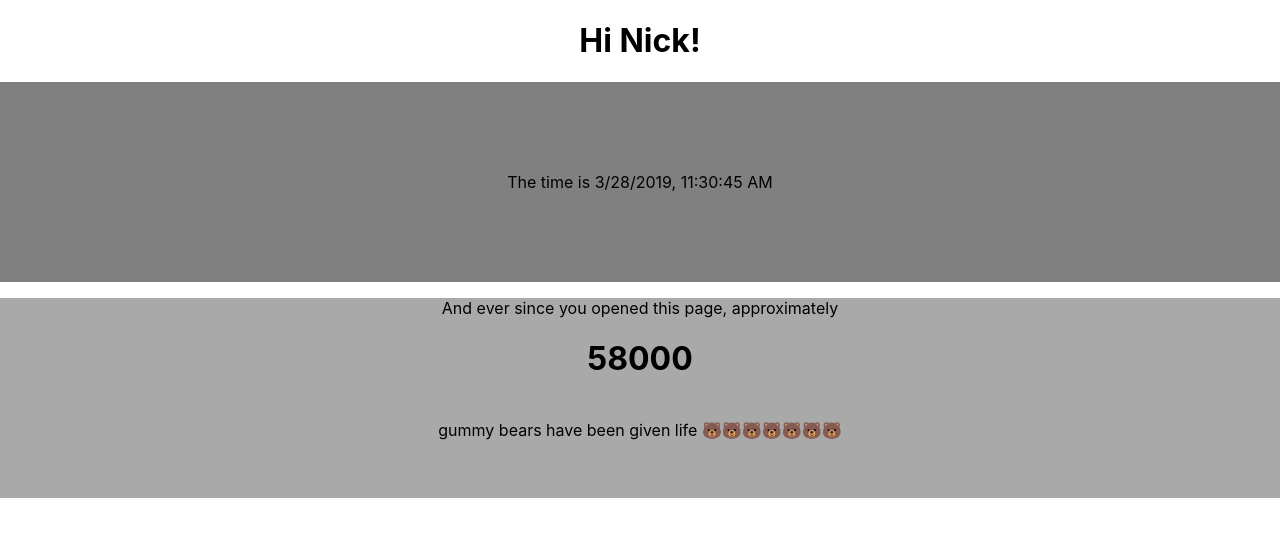
Repository: crispinonicky/gummy-facts
Page: /
An editor plug-in stored every save of this project. The page is shown before and after the next save, followed by the edit.
The browser window is 1280 px wide. The pictures show the whole page.
The project was rebuilt for these pictures with package versions that can differ from the ones it lists, and the page was loaded fresh each time.

Above is the page before, as saved 2019-03-28 15:28:05.

### src/App.js
import React, { Component } from 'react';
import './App.css';
import Clock from './components/Clock';
import GummyCount from './components/GummyCount';
import Map from './components/Map';


class App extends Component {
  constructor(props){
    super(props)

    this.state = {
      name: "Nick"
    }

  }



  render() {
    return (
      <div className="App">


      <h1>
        Hi {this.state.name}!
      </h1>

        <Clock />
        <GummyCount />
        <Map />


      </div>
    );
  }
}

export default App;

### src/App.css
.App {
  text-align: center;
  margin: 0 auto;
}

.Clock {
  height: 200px;
  background: gray;
}

.Clock p {
  position: relative;
  top: 90px;

}

.Count {
  height: 200px;
  background: darkgrey;
}

/* #googleMap {
  height: 300px;
  width: 400px;
} */

### src/components/Clock.js
import React, { Component } from "react";
import "../App.css";

let time = new Date().toLocaleString();

class Clock extends React.Component {
  constructor(props) {

    super(props)
    this.state = {
      time: new Date().toLocaleString(),
    };
  }

  componentDidMount() {
    this.intervalID = setInterval(
      () => this.tick(),
      1000
    )
  }

  componentWillUnmount() {
    clearInterval(this.intervalID);
  }

  tick() {
    this.setState({
      time: new Date().toLocaleString()
    });
  }

  render() {
    return (
      <div className = "Clock">
      <p>
        The time is {this.state.time}
      </p>
      </div>
    );
  }
}

console.log(typeof time)


export default Clock;

### src/components/GummyCount.js
const React = require('react')

class GummyCount extends React.Component {
  constructor(props) {
    super(props);
    this.state = {
      seconds: 0,
    };
  }

  tick() {
    this.setState(state => ({
      seconds: state.seconds + 1
    }));
  }

  componentDidMount() {
    this.interval = setInterval(() => this.tick(), 10);
  }

  componentWillUnmount() {
    clearInterval(this.interval);
  }

  render() {

    return (
<div>
      <div className = "Count">
        <p>
        And ever since you opened this page, approximately
        <br/>
        <h1>{this.state.seconds * 116}</h1>
        <br/>
        gummy bears have been given life 🐻🐻🐻🐻🐻🐻🐻
        </p>
      </div>
      </div>
    );
  }
}

export default GummyCount;

### src/components/Map.js
import React, { Component } from 'react';
import '../App.css';

// my map: https://maps.googleapis.com/maps/api/js?key=AIzaSyCrbuDGnqcHSG6nK1oo2PyiiXvsyWLZelo&callback=myMap

class Map extends React.Component {
  constructor(props){
    super(props)

    this.state = {
      name: "Nick"
    }

  }



  render() {
    return (
      <div className="Map">

<div id="googleMap">

</div>



      </div>
    );
  }
}

export default Map;

Loaded but not shown: public/index.html (common file); src/index.js (common file); src/index.css (common file); src/serviceWorker.js (common file)

After the next save:
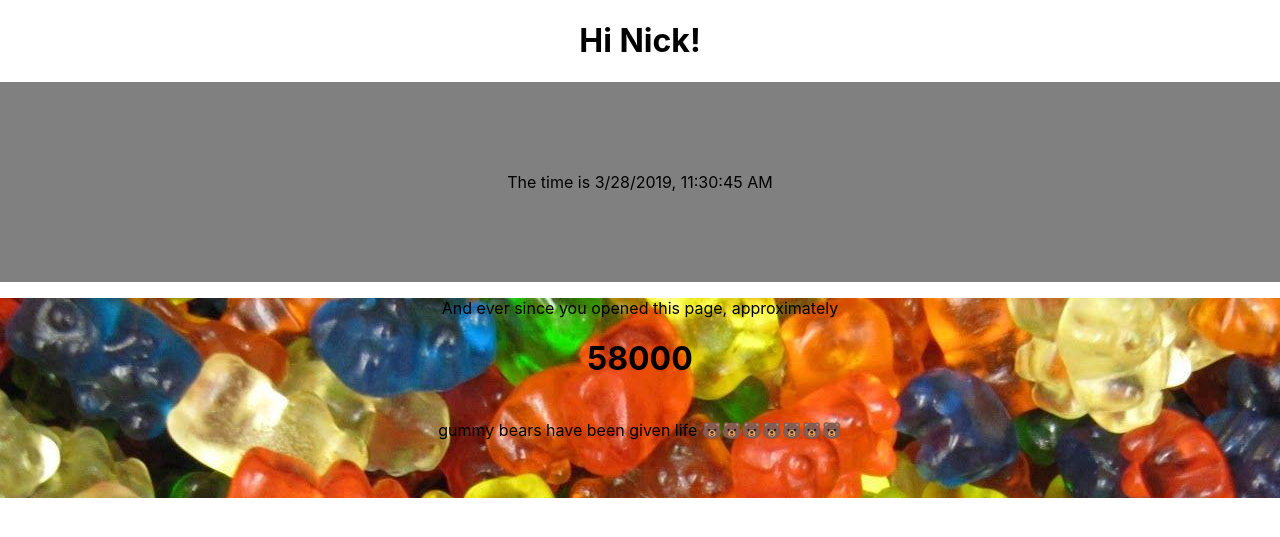
Saved 2 min 55 s later.
--- a/src/App.css
+++ b/src/App.css
@@ -16,7 +16,7 @@
 
 .Count {
   height: 200px;
-  background: darkgrey;
+  background: url('../public/images/gummy\ bears.jpg');
 }
 
 /* #googleMap {
